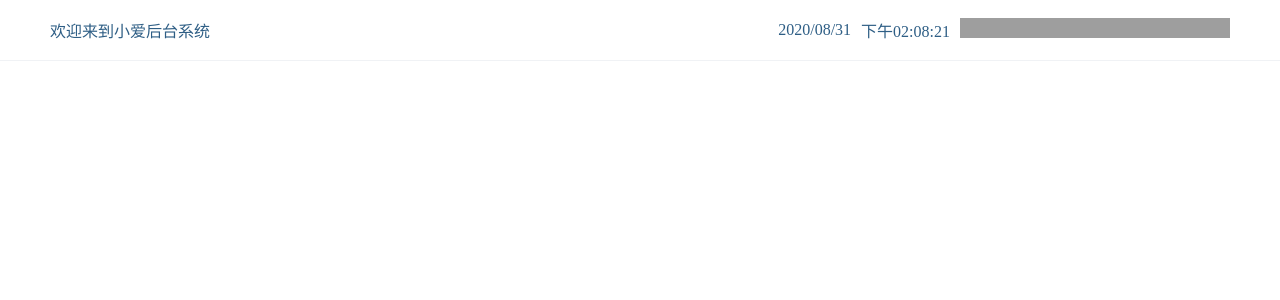
Repository: ZHANG-0714/backstage
Page: /
The author's editor kept a copy of each file at every save. The page is drawn from the files as they stood at one save, then again after the next save.
The browser window is 1280 px wide. The pictures show the whole page.
Pictures or frames that could not be fetched are drawn as grey boxes. The project was rebuilt for these pictures with package versions that can differ from the ones it lists, and the page was loaded fresh each time. Also part of the build but not shown: vue.config.js, src/views/Home.vue.

Above is the page before, as saved 2020-08-31 16:55:10.

After the next save:
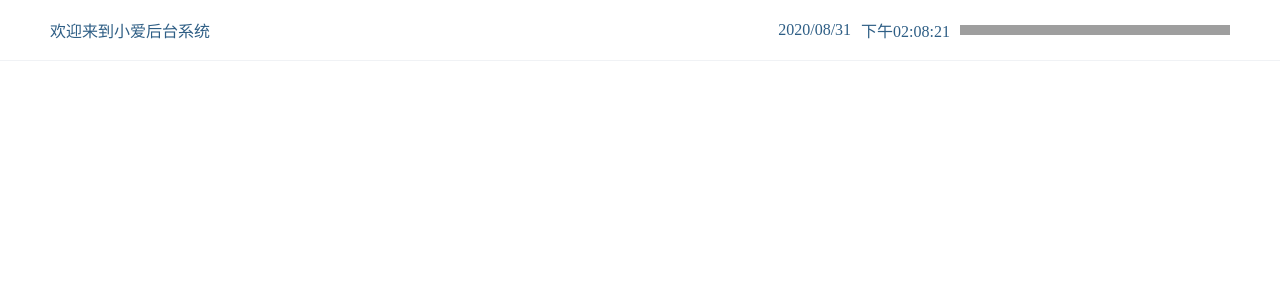
Saved 5 s later.
--- a/src/components/public/headTop.vue
+++ b/src/components/public/headTop.vue
@@ -13,7 +13,7 @@
           src="https://tianqiapi.com/api.php?style=tm&skin=pitaya"
           frameborder="0"
           width="270"
-          height="20"
+          height="10"
           allowtransparency="true"
         ></iframe>
       </div>
